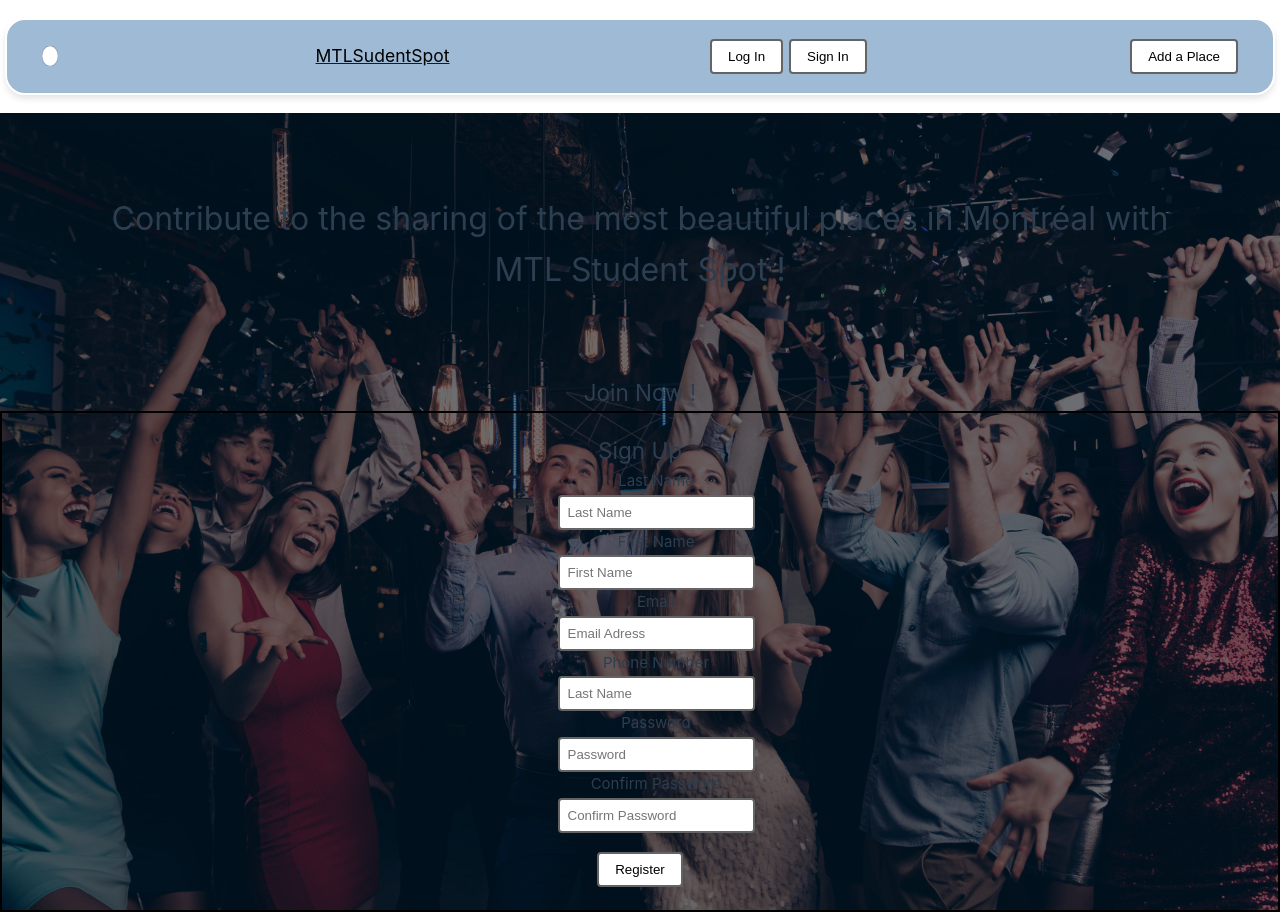
Repository: KevMn6ix/MOD8-2232-GRA-Damois-Leroi--Morant-Munto
Page: /register (app in client/)
These files come from the project's save history. The page is drawn as it stood at one moment and after a run of saves; the edit follows.
The browser window is 1280 px wide. The pictures show the whole page.
The project was rebuilt for these pictures with package versions that can differ from the ones it lists, and the page was loaded fresh each time. Also part of the build but not shown: client/vite.config.js, client/src/components/HelloWorld.vue, client/src/components/Login.vue, client/src/views/LoginPage.vue, client/src/components/RowLandingPage.vue, client/src/components/PlaceItem.vue, client/server/services/places-service.js, client/src/components/PlaceList.vue and 1 more.

Above is the page before, as saved 2023-10-18 16:10:32.

After the next 2 saves:
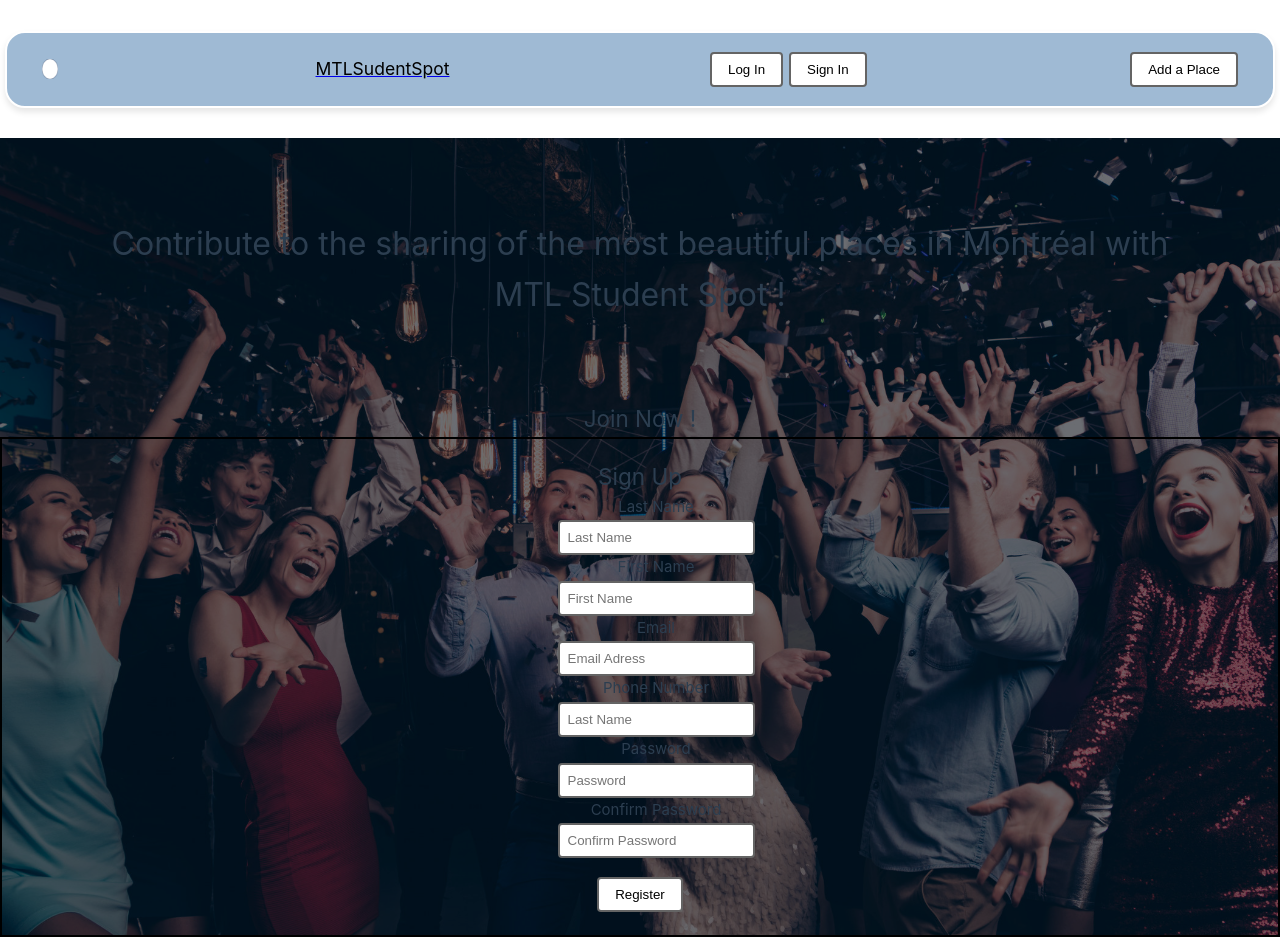
The 2 saves are shown as one change because 1 did not build or start.
The last was saved 79 s later.
--- a/client/src/components/BarOutsideHome.vue
+++ b/client/src/components/BarOutsideHome.vue
@@ -12,6 +12,7 @@ function sendUserInput() {
 </script>
 /** This component is the bar at the top of the screen */
 <template>
+    <header>
     <nav id="head-bar">
         <img src="../assets/logoMTL.png">
         <RouterLink to="/">
@@ -32,9 +33,11 @@ function sendUserInput() {
         </button>
     </router-link>
     </div>
+
     <div id="sub-header">
 <TheSubHeader/></div>
 </nav>
+</header>
 
 </template>
 <style scoped>
